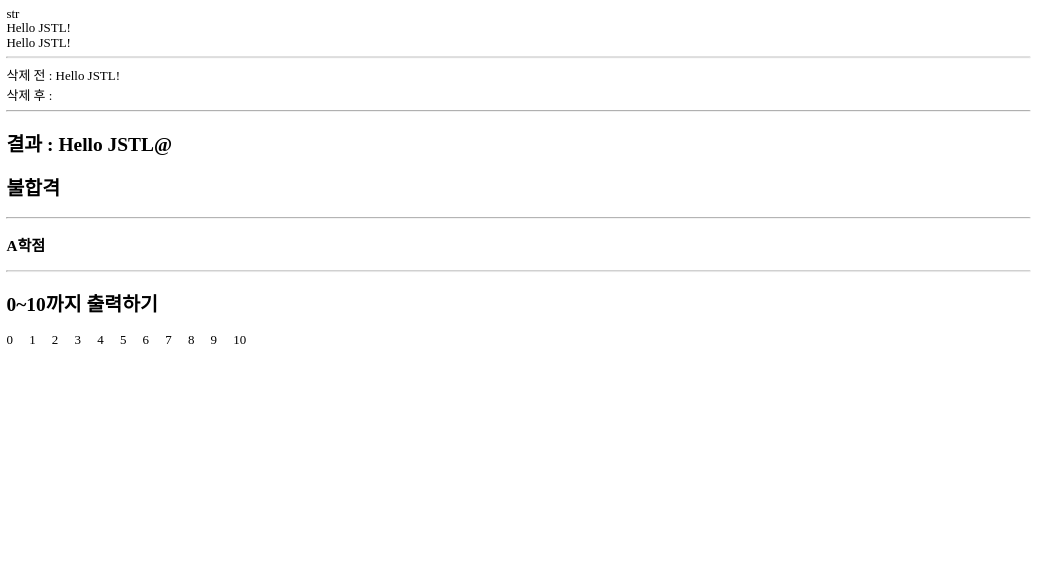
Repository: wjsjsn/23_jspstudy
Page: http://localhost/02_jsp/view/ex13_JSTL.jsp
An editor plug-in stored every save of this project. The page is shown before and after the next save, followed by the edit.
The browser window is 1280 px wide. The pictures show the whole page, at 81% of full size.
The page is served by Tomcat 9.

Above is the page before, as saved 2023-07-06 01:00:07.

After the next save:
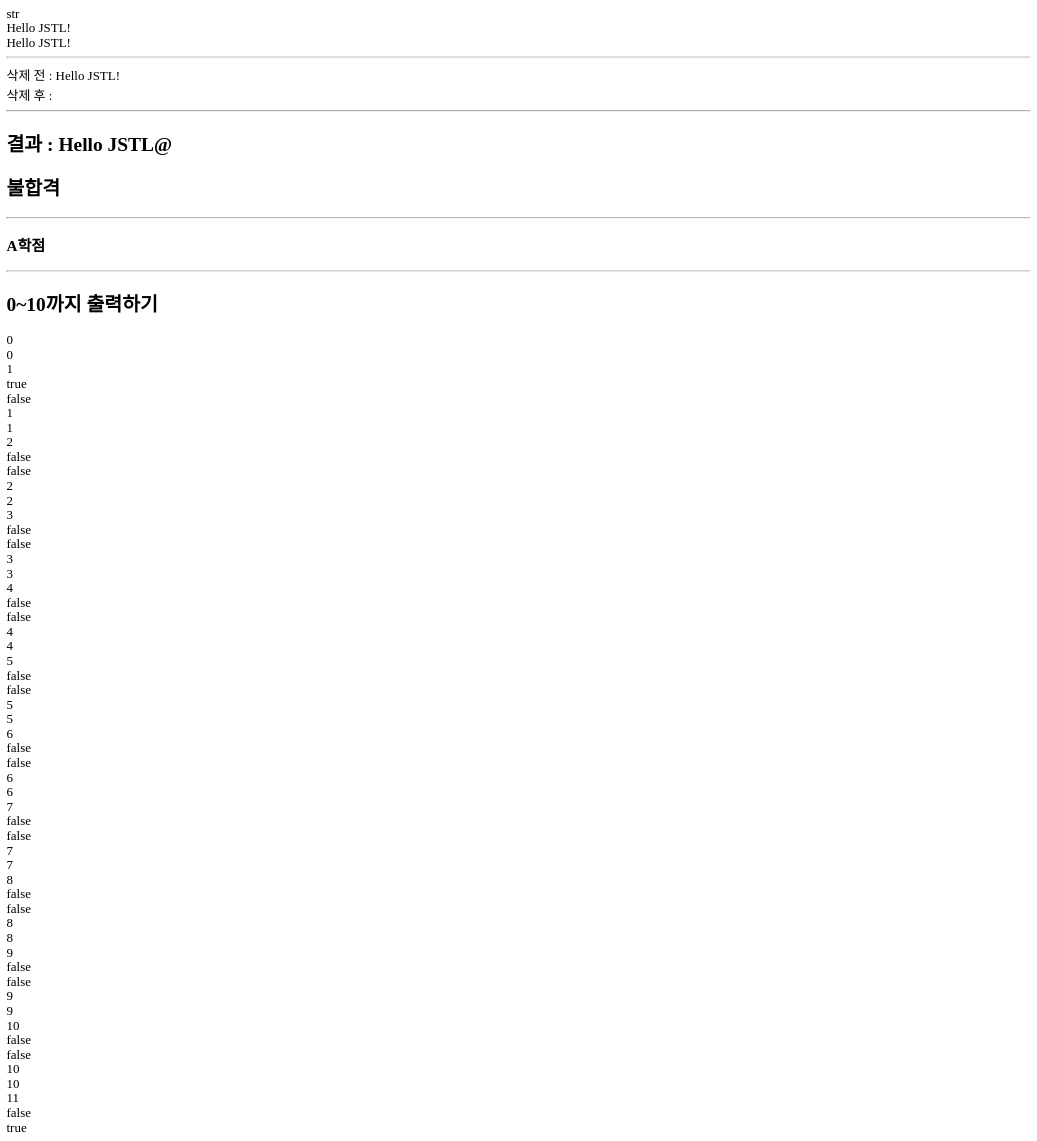
Saved 71 s later.
--- a/02_jsp/src/main/webapp/view/ex13_JSTL.jsp
+++ b/02_jsp/src/main/webapp/view/ex13_JSTL.jsp
@@ -99,8 +99,12 @@
  	 --%>
 
  	 <h2>0~10까지 출력하기</h2>
- 	 <c:forEach begin="0" end="10" step="1" var="k">
- 	 		${k} &nbsp;&nbsp;&nbsp;
+ 	 <c:forEach begin="0" end="10" step="1" var="k" varStatus="vs">
+ 	 		${k} &nbsp;&nbsp;&nbsp; <br>
+ 	 		${vs.index} &nbsp;&nbsp;&nbsp; <br>
+ 	 		${vs.count} &nbsp;&nbsp;&nbsp; <br>
+ 	 		${vs.first} &nbsp;&nbsp;&nbsp; <br>
+ 	 		${vs.last} &nbsp;&nbsp;&nbsp; <br>
  	 </c:forEach>
 </body>
 </html>
